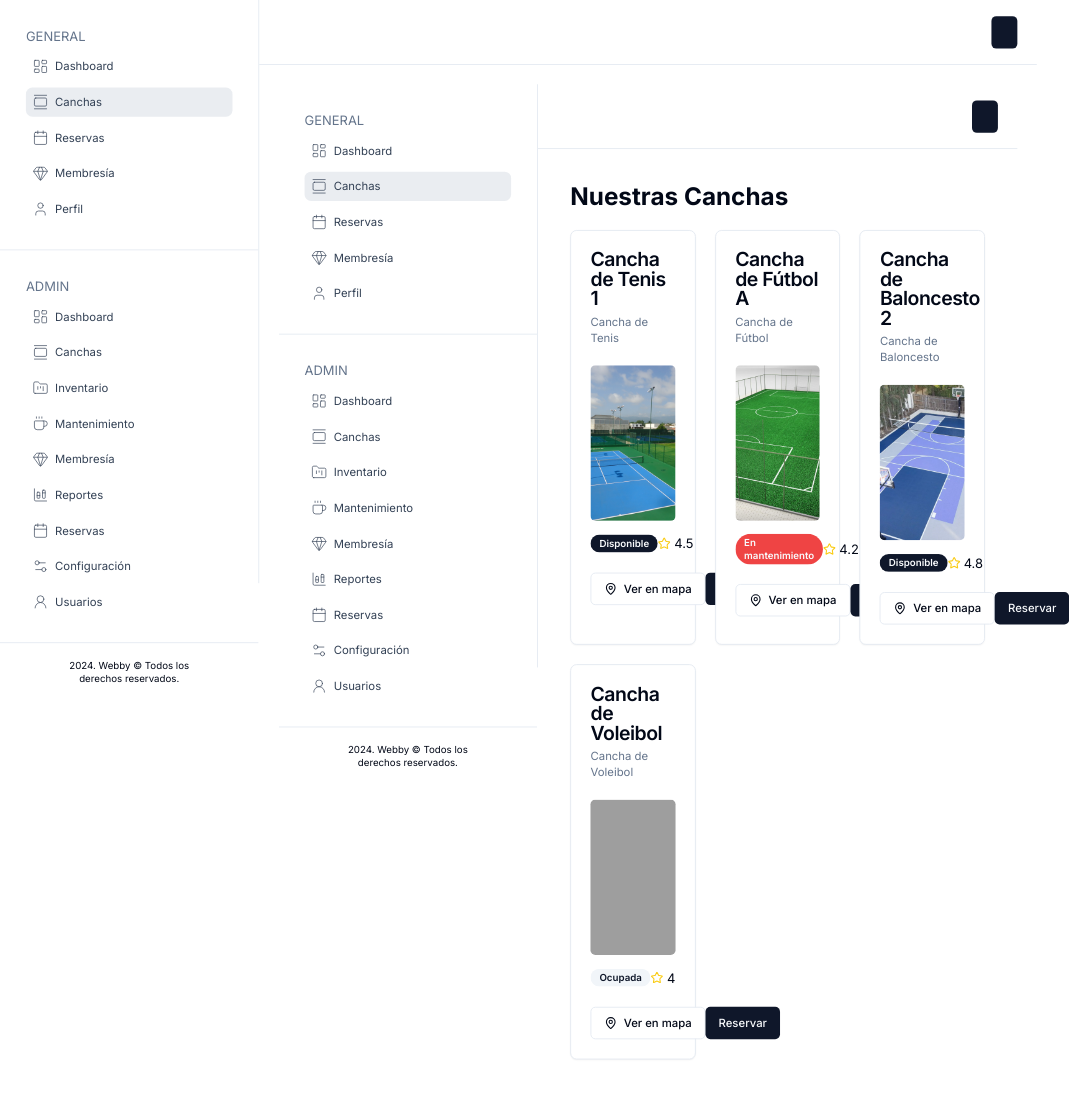
Repository: Jackson-sch/cdeporte
Page: /canchas
These files come from the project's save history. The page is drawn as it stood at one moment and after the next save; the edit follows.
The browser window is 1280 px wide. The page is 1320 px wide, so the pictures cover 1320 px, including what lies to the right of the window. The pictures show the whole page, at 81% of full size.
Pictures or frames that could not be fetched are drawn as grey boxes. The project was rebuilt for these pictures with package versions that can differ from the ones it lists, and the page was loaded fresh each time. The framework's server and built-in components were replaced by stand-ins that run in the browser. Also part of the build but not shown: next.config.mjs.

Above is the page before, as saved 2024-09-18 18:56:16.

After the next save:
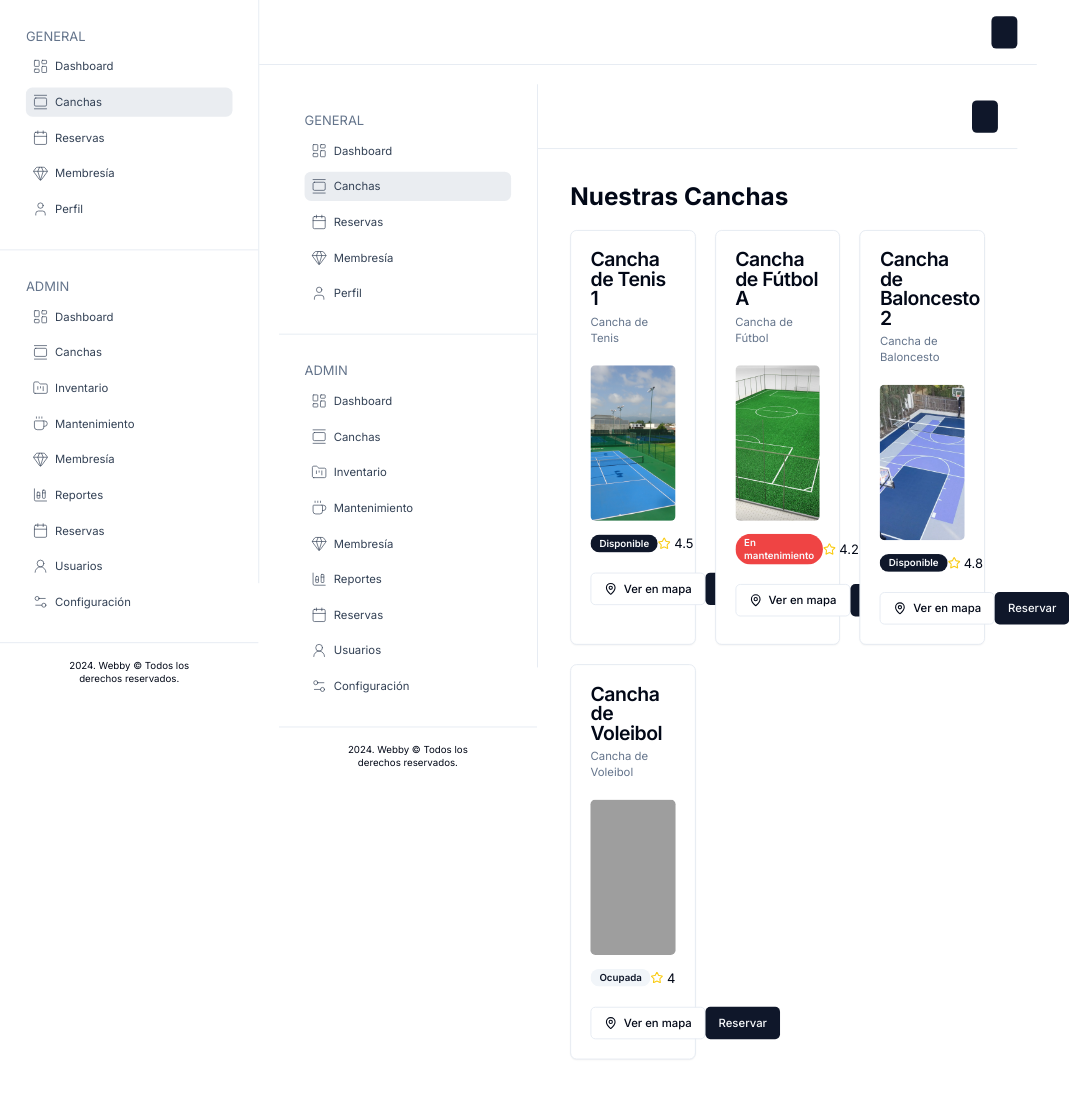
Saved 4 s later.
--- a/src/components/SidebarRoutes/SidebarRoute.data.jsx
+++ b/src/components/SidebarRoutes/SidebarRoute.data.jsx
@@ -76,13 +76,13 @@ export const dataAdminSidebar = [
     href: "/admin/reservas",
   },
   {
+    icon: User2,
+    label: "Usuarios",
+    href: "/admin/usuarios",
+  },
+  {
     icon: Settings2,
     label: "Configuración",
     href: "/admin/configuracion",
   },
-  {
-    icon: User2,
-    label: "Usuarios",
-    href: "/admin/usuarios",
-  },
 ];
